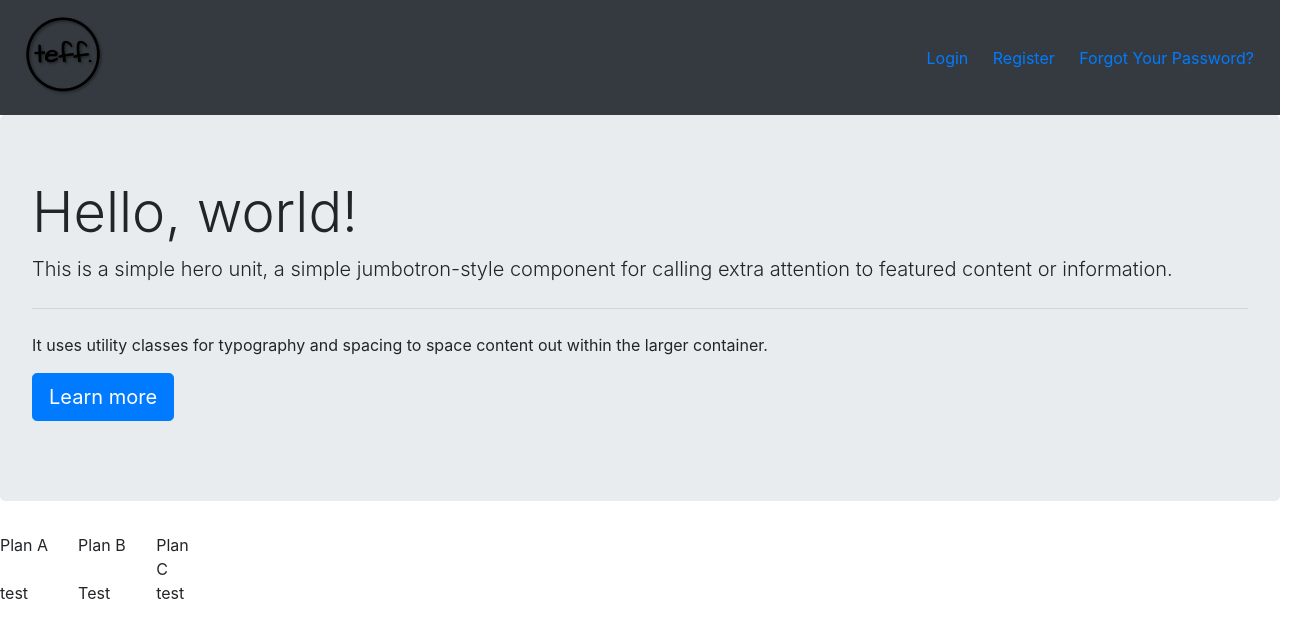
Repository: SamLookingGlass/FullStackDevelopment-Project
Page: http://localhost/
The author's editor kept a record of every edit. The page is drawn from the files as they stood at one moment, then again after the next edit.
The browser window is 1280 px wide. The page is 1295 px wide, so the pictures cover 1295 px, including what lies to the right of the window. The pictures show the whole page.
The page is served by the project's application, run on Django 2.2 (manage.py). Other server files are loaded and not shown.

Above is the page before.

### accounts/views.py
from django.contrib.auth import get_user_model
from django.shortcuts import render, redirect, reverse, HttpResponse
from django.contrib import auth, messages
from django.contrib.auth.decorators import login_required
from .forms import UserLoginForm, UserRegistrationForm

# Create your views here.
def index(request):
    return render(request, 'index.html')

def logout(request):
    auth.logout(request)
    messages.success(request, "You have successfully been logged out")
    return redirect(reverse('index'))

def login(request):
    """Returns the login page"""
    if request.method == 'POST':
        login_form = UserLoginForm(request.POST) # populate the form from what the user has keyed in
        if login_form.is_valid():
            # attempt to check the username and password is valid
            user = auth.authenticate(username=request.POST['username'],
                                     password=request.POST['password'])
            messages.success(request, "You have successfully logged in")
            if user:
                # log in the user
                auth.login(user=user, request=request)
                return redirect(reverse('index'))
            else:
                login_form.add_error('None', "Invalid username or password")
    else:
        login_form = UserLoginForm
        return render(request, 'login.html', {
            'form':login_form
        })

@login_required
def profile(request):
    User = get_user_model()
    user = User.objects.get(email=request.user.email)
    return render(request, 'profile.html', {
        'user' : user
    })

def register(request):
    User = get_user_model()
    if request.method == 'POST':
        form = UserRegistrationForm(request.POST)
        # NEW CODE STARTS HERE
        if form.is_valid():

            #1 create the user
            form.save()

            #2 check if the user has been created properly
            user = auth.authenticate(username=request.POST['username'],
                                     password=request.POST['password1'])
            if user:
                #3 if the user has been created successful, attempt to login
                auth.login(user=user, request=request)
                messages.success(request, "You have successfully registered")
            else:
                messages.error(request, "Unable to register your account at this time")
            return redirect(reverse('index'))
        #NEW CODE ENDS HERE
        else:
            return render(request, 'register.html', {
                'form':form
            })
    else:
        form = UserRegistrationForm()
        return render(request, 'register.html', {
            'form':form
        })

### accounts/templates/index.html
{% extends 'base.html' %}

{% load static %}

{% block page_title %}Home Page{% endblock %}

{% block content %}

<div class="container-fluid">
    <div class="row d-lg-flex">
        <div class="col-lg-4">
        Plan A
        </div>

        <div class="col-lg-4">
        Plan B
        </div>

        <div class="col-lg-4">
        Plan C
        </div>
    </div>
</div>


 <div class="container-fluid">
            <div class="row d-lg-flex">
                <div class="col-md-4 d-lg-flex">
                    test
                </div>
                <div class="col-md-4 d-lg-flex">
                Test
                </div>
                <div class="col-md-4">
                test
                </div>
            </div>
        </div>


{% endblock %}

### templates/base.html
<!DOCTYPE html>
<html lang="en">

<head>
    <meta charset="UTF-8">
    <meta name="viewport" content="width=device-width, initial-scale=1.0">
    <meta http-equiv="X-UA-Compatible" content="ie=edge">
    <title>{% block page_title %}{% endblock %}</title>
    {% load static %}
    <!-- Own Stylesheet -->
    <link rel="stylesheet" href="{% static 'css/style.css' %}" type="text/css" />

    <!-- Bootstrap CSS CDN-->
    <link rel="stylesheet" href="https://maxcdn.bootstrapcdn.com/bootstrap/4.0.0/css/bootstrap.min.css" integrity="sha384-Gn5384xqQ1aoWXA+058RXPxPg6fy4IWvTNh0E263XmFcJlSAwiGgFAW/dAiS6JXm" crossorigin="anonymous">

    <!-- Google Fonts CSS CDN-->
    <link href="https://fonts.googleapis.com/css?family=Fjalla+One&display=swap" rel="stylesheet">
    <link href="https://fonts.googleapis.com/css?family=Amatic+SC&display=swap" rel="stylesheet">
    <link href="https://fonts.googleapis.com/css?family=Playfair+Display&display=swap" rel="stylesheet">

    <!-- Font Awesome CSS CDN-->
    <link rel="stylesheet" href="https://cdnjs.cloudflare.com/ajax/libs/font-awesome/4.7.0/css/font-awesome.min.css">

</head>

<body>

    <nav class="navbar navbar-dark bg-dark justify-content-between">
        <a href="/" class="navbar-brand"><img id="navlogo" class="img-fluid" src="{% static 'images/logo.png' %}" alt="Teff Logo"></a>

        <div class="d-inline">
            <ul id="navstyle" class="d-inline">
                {% if not user.is_authenticated %}
                <li class="d-inline"><a href="{% url 'login' %}">Login</a></li>
                <li class="d-inline"><a href="{% url 'register' %}">Register</a></li>
                <li class="d-inline"><a href="/password_reset">Forgot Your Password?</a></li>
                {% endif %} {% if user.is_authenticated %}
                <li class="d-inline">Profile</li>
                <li class="d-inline"><a href="{% url 'logout' %}">Logout</a></li>

                {% endif %}
            </ul>
        </div>
    </nav>


    <section>
        <div class="jumbotron">
            <h1 class="display-4">Hello, world!</h1>
            <p class="lead">This is a simple hero unit, a simple jumbotron-style component for calling extra attention to featured content or information.</p>
            <hr class="my-4">
            <p>It uses utility classes for typography and spacing to space content out within the larger container.</p>
            <p class="lead">
                <a class="btn btn-primary btn-lg" href="#" role="button">Learn more</a>
            </p>
        </div>
    </section>

    <div class="row d-lg-flex">
        {% if messages %}
        <div>
            {% for message in messages %} {{ message }} {% endfor %}
        </div>
        {% endif %}


        <h1>{% block page_heading %}{% endblock %}</h1>
        <div>
            {% block content %}{% endblock %}
        </div>
    </div>


</body>

</html>

### teffwebsite/urls.py
"""teffwebsite URL Configuration

The `urlpatterns` list routes URLs to views. For more information please see:
    https://docs.djangoproject.com/en/2.2/topics/http/urls/
Examples:
Function views
    1. Add an import:  from my_app import views
    2. Add a URL to urlpatterns:  path('', views.home, name='home')
Class-based views
    1. Add an import:  from other_app.views import Home
    2. Add a URL to urlpatterns:  path('', Home.as_view(), name='home')
Including another URLconf
    1. Import the include() function: from django.urls import include, path
    2. Add a URL to urlpatterns:  path('blog/', include('blog.urls'))
"""
from django.contrib import admin
from django.urls import path, include

urlpatterns = [
    path('admin/', admin.site.urls),
    path('', include('accounts.urls')),
    path('', include('django.contrib.auth.urls')),
]

### accounts/urls.py
from django.urls import path, include
from accounts.views import index, logout, login, profile, register

urlpatterns = [
    path('', index, name='index'),
    path('logout/', logout, name='logout'),
    path('login/', login, name='login'),
    path('profile/', profile),
    path('register/', register, name='register')
]

### static/css/style.css
body {
    background-color: yellow;
}



/*Navbar*/
#navstyle li {
    margin:10px;

}

#navlogo {
    width:8vw;
    height:100%;
}

After the next edit:
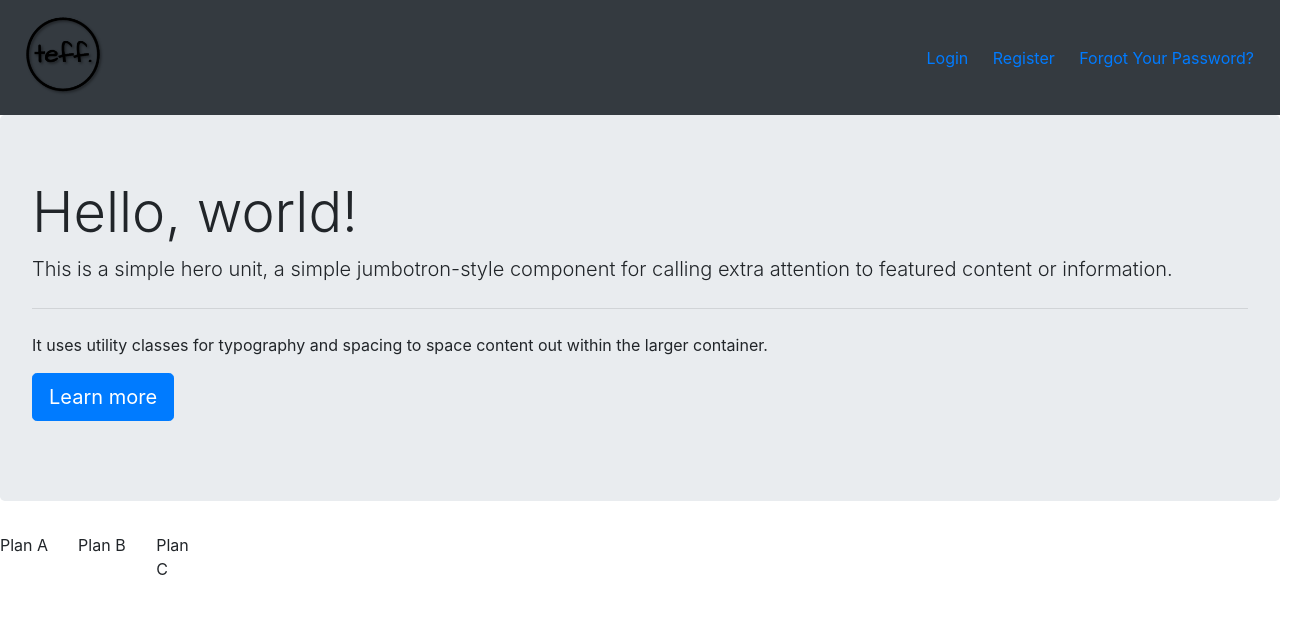
The edit:
--- a/accounts/templates/index.html
+++ b/accounts/templates/index.html
@@ -23,19 +23,6 @@
 </div>
 
 
- <div class="container-fluid">
-            <div class="row d-lg-flex">
-                <div class="col-md-4 d-lg-flex">
-                    test
-                </div>
-                <div class="col-md-4 d-lg-flex">
-                Test
-                </div>
-                <div class="col-md-4">
-                test
-                </div>
-            </div>
-        </div>
 
 
 {% endblock %}
